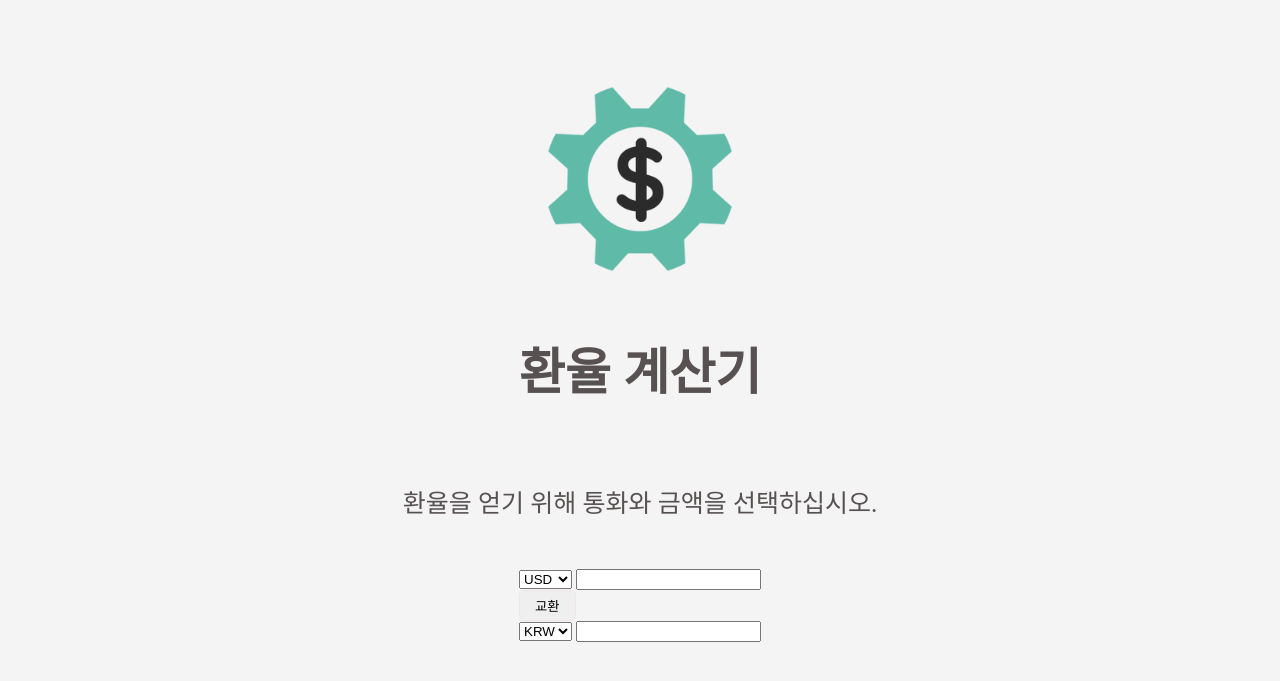
Repository: AbrorjonKuchkarov/exchange-rate
Page: index.html
An editor plug-in stored every save of this project. The page is shown before and after the next save, followed by the edit.
The browser window is 1280 px wide. The pictures show the whole page.

Above is the page before, as saved 2022-02-24 01:21:29.

### index.html
<!DOCTYPE html>
<html lang="en">
<head>
   <meta charset="UTF-8">
   <meta http-equiv="X-UA-Compatible" content="IE=edge">
   <meta name="viewport" content="width=device-width, initial-scale=1.0">
<link rel="stylesheet" href="style.css">
   <title>환율</title>
</head>
<body>
   <img src="img/money.png" alt="">
   <h1>환율 계산기 </h1>
   <p>환율을 얻기 위해 통화와 금액을 선택하십시오.</p>

   <div class="container">
      <div class="currency">
         <select id="selectOne">
            <option value="AED">AED</option>
            <option value="ARS">ARS</option>
            <option value="AUD">AUD</option>
            <option value="BGN">BGN</option>
            <option value="BRL">BRL</option>
            <option value="BSD">BSD</option>
            <option value="CAD">CAD</option>
            <option value="CHF">CHF</option>
            <option value="CLP">CLP</option>
            <option value="CNY">CNY</option>
            <option value="COP">COP</option>
            <option value="CZK">CZK</option>
            <option value="DKK">DKK</option>
            <option value="DOP">DOP</option>
            <option value="EGP">EGP</option>
            <option value="EUR">EUR</option>
            <option value="FJD">FJD</option>
            <option value="GBP">GBP</option>
            <option value="GTQ">GTQ</option>
            <option value="HKD">HKD</option>
            <option value="HRK">HRK</option>
            <option value="HUF">HUF</option>
            <option value="IDR">IDR</option>
            <option value="ILS">ILS</option>
            <option value="INR">INR</option>
            <option value="ISK">ISK</option>
            <option value="JPY">JPY</option>
            <option value="KRW">KRW</option>
            <option value="KZT">KZT</option>
            <option value="MXN">MXN</option>
            <option value="MYR">MYR</option>
            <option value="NOK">NOK</option>
            <option value="NZD">NZD</option>
            <option value="PAB">PAB</option>
            <option value="PEN">PEN</option>
            <option value="PHP">PHP</option>
            <option value="PKR">PKR</option>
            <option value="PLN">PLN</option>
            <option value="PYG">PYG</option>
            <option value="RON">RON</option>
            <option value="RUB">RUB</option>
            <option value="SAR">SAR</option>
            <option value="SEK">SEK</option>
            <option value="SGD">SGD</option>
            <option value="THB">THB</option>
            <option value="TRY">TRY</option>
            <option value="TWD">TWD</option>
            <option value="UAH">UAH</option>
            <option value="USD" selected>USD</option>
            <option value="UYU">UYU</option>
            <option value="VND">VND</option>
            <option value="ZAR">ZAR</option>
         </select>
         <input type="number" class="inputOne" >
      </div>

      <div class="swap">
         <button class="btn">교환</button>
         <div class="rate"></div>
      </div>

      <div class="currency">
         <select id="selectTwo">
         <option value="AED">AED</option>
         <option value="ARS">ARS</option>
         <option value="AUD">AUD</option>
         <option value="BGN">BGN</option>
         <option value="BRL">BRL</option>
         <option value="BSD">BSD</option>
         <option value="CAD">CAD</option>
         <option value="CHF">CHF</option>
         <option value="CLP">CLP</option>
         <option value="CNY">CNY</option>
         <option value="COP">COP</option>
         <option value="CZK">CZK</option>
         <option value="DKK">DKK</option>
         <option value="DOP">DOP</option>
         <option value="EGP">EGP</option>
         <option value="EUR">EUR</option>
         <option value="FJD">FJD</option>
         <option value="GBP">GBP</option>
         <option value="GTQ">GTQ</option>
         <option value="HKD">HKD</option>
         <option value="HRK">HRK</option>
         <option value="HUF">HUF</option>
         <option value="IDR">IDR</option>
         <option value="ILS">ILS</option>
         <option value="INR">INR</option>
         <option value="ISK">ISK</option>
         <option value="JPY">JPY</option>
         <option value="KRW" selected>KRW</option>
         <option value="KZT">KZT</option>
         <option value="MXN">MXN</option>
         <option value="MYR">MYR</option>
         <option value="NOK">NOK</option>
         <option value="NZD">NZD</option>
         <option value="PAB">PAB</option>
         <option value="PEN">PEN</option>
         <option value="PHP">PHP</option>
         <option value="PKR">PKR</option>
         <option value="PLN">PLN</option>
         <option value="PYG">PYG</option>
         <option value="RON">RON</option>
         <option value="RUB">RUB</option>
         <option value="SAR">SAR</option>
         <option value="SEK">SEK</option>
         <option value="SGD">SGD</option>
         <option value="THB">THB</option>
         <option value="TRY">TRY</option>
         <option value="TWD">TWD</option>
         <option value="UAH">UAH</option>
         <option value="USD">USD</option>
         <option value="UYU">UYU</option>
         <option value="VND">VND</option>
         <option value="ZAR">ZAR</option>
      </select>
      <input type="number" class="inputTwo" >
      </div>
   </div>




   <script src="app.js"></script>
</body>
</html>

### style.css
*{
   box-sizing: border-box;
}

body {
   margin: 0;
   display: flex;
   flex-direction: column;
   align-items: center;
   justify-content: center;
   height: 100vh;
   background-color: #f4f4f4;
   padding: 10px;
}

img {
   width: 200px;
}

h1{
   font-size: 50px;
   color: #575151;
   padding: 20px 0;
}

p{
   color: #575151;
   font-size: 25px;
   padding-bottom: 25px;
}

.btn{
   padding: 5px 15px;
   border-radius: 5px;
   border: 1px solid #f0e6e6;
}

Loaded but not shown: app.js (no copy from this time; the picture is the same without it)

After the next save:
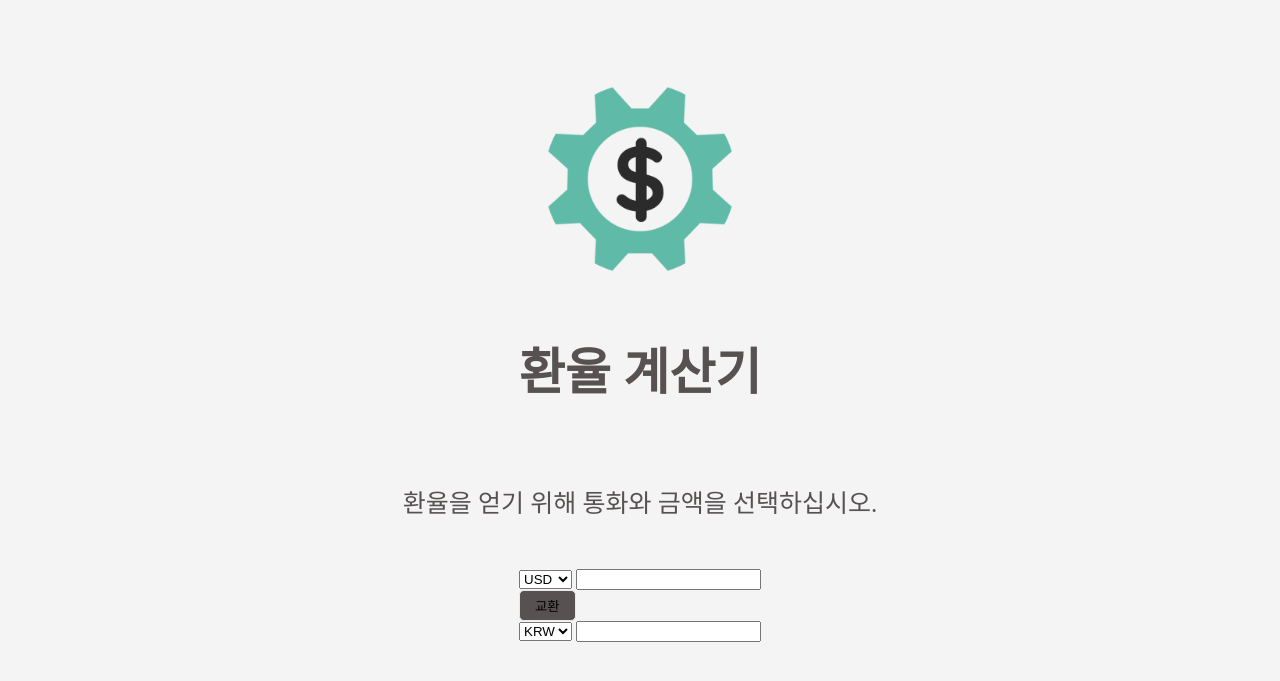
Saved 18 s later.
--- a/style.css
+++ b/style.css
@@ -33,4 +33,5 @@ p{
    padding: 5px 15px;
    border-radius: 5px;
    border: 1px solid #f0e6e6;
+   background-color: #575151;
 }
